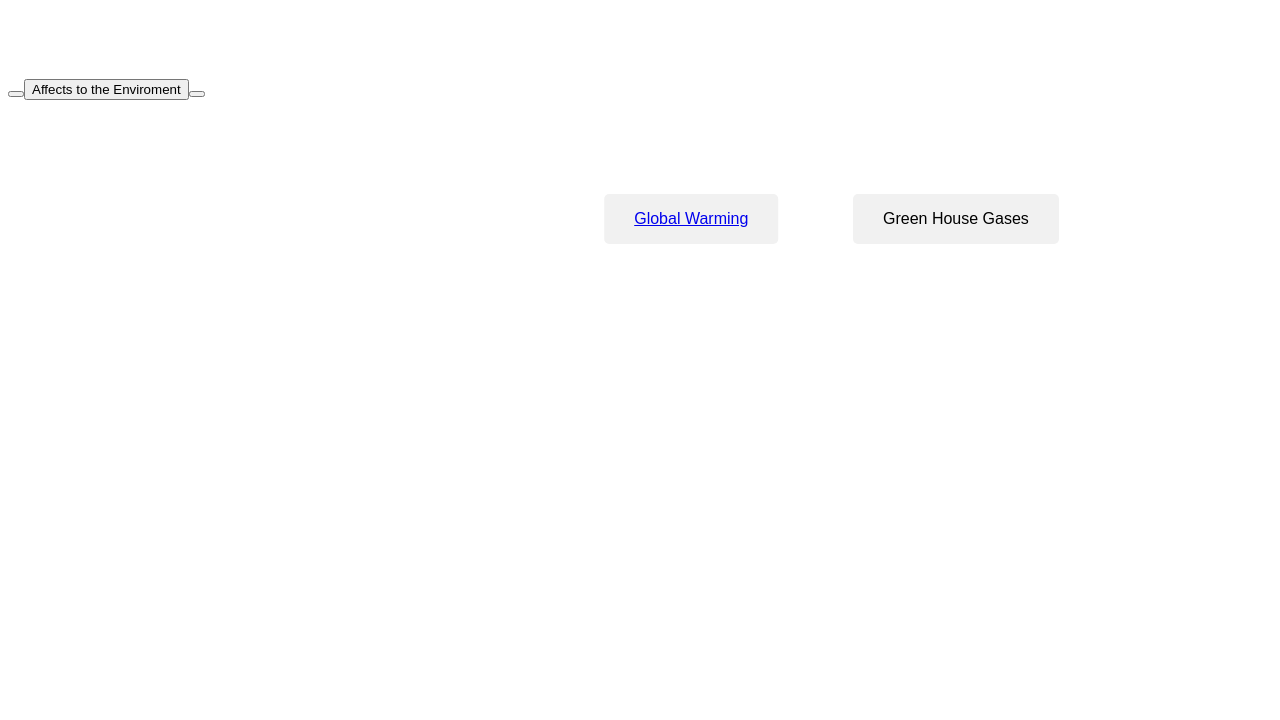
Repository: Alejandra-Pelayo/Alejandra-Pelayo.github.io
Page: 2.1.4/Example.html
The author's editor kept a record of every edit. The page is drawn from the files as they stood at one moment, then again after the next edit.
The browser window is 1280 px wide. The pictures show the whole page.

Above is the page before.

### 2.1.4/Example.html
<body>

<p><font size="20" color="white">Global Warming</font></p>


<link href="example.css" rel="stylesheet" type="text/css">

<button1>
    <a href="Enviromental.html">
      <button class="btn"> Global Warming<Button</button>
<button2>
    <a href = "Green_House.html">
      <button class ="btn2"> Green House Gases <Button/button>
<button3>
    <a href = "animals.html">
      <button class ="btn3"> Affects to the Enviroment <Button/button>



<div class="container">

### 2.1.4/example.css

 .world{
   position: fixed;
  top: 5;
  left: 5;

  /* Preserve aspet ratio */
  min-width: 100%;
  min-height: 100%;
}



/*
img{
    position: fixed;
  top: 5;
  left: 5;


  min-width: 100%;
  min-height: 100%;
}
*/
/* Button Code*/
.btn{
  position: absolute;
  top: 20%;
  left:20%;
  transform: translate(200%, 100%);
  -ms-transform: translate(-80%, -80%);
  background-color: #f1f1f1;
  color: black;
  font-size: 16px;
  padding: 16px 30px;
  border: none;
  cursor: pointer;
  border-radius: 5px;
  text-align: center;

}
/*
.btn2{
    position: absolute;
  top: 20%;
  left: 20%;
  transform: translate(40%, 100%);
  -ms-transform: translate(-80%, -80%);
  background-color: #f1f1f1;
  color: black;
  font-size: 16px;
  padding: 16px 30px;
  border: none;
  cursor: pointer;
  border-radius: 5px;
  text-align: center;
}
*/
.btn2{
    position: absolute;
  top: 20%;
  left: 20%;
  transform: translate(290%, 100%);
  -ms-transform: translate(-80%, -80%);
  background-color: #f1f1f1;
  color: black;
  font-size: 16px;
  padding: 16px 30px;
  border: none;
  cursor: pointer;
  border-radius: 5px;
  text-align: center;
}

.avatar{
  vertical-align: middle;
  width: 50px;
  height: 50px;
  border-radius: 50%;
  position: absolute;
  top: 0px;
  right: 0px;
}

After the next edit:
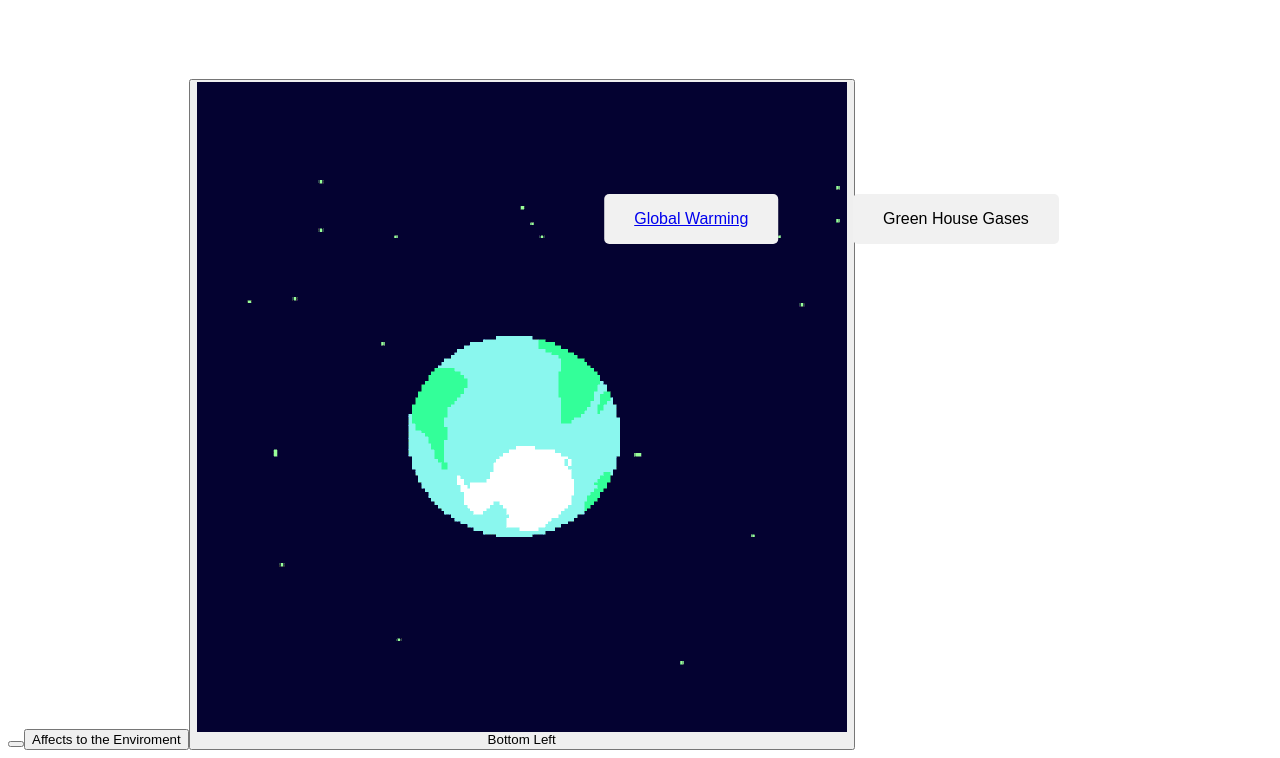
The edit:
--- a/2.1.4/Example.html
+++ b/2.1.4/Example.html
@@ -18,3 +18,5 @@
 
 
 <div class="container">
+    <img src="world_gif.gif" />
+    <div class="Global Warming">Bottom Left</div>
